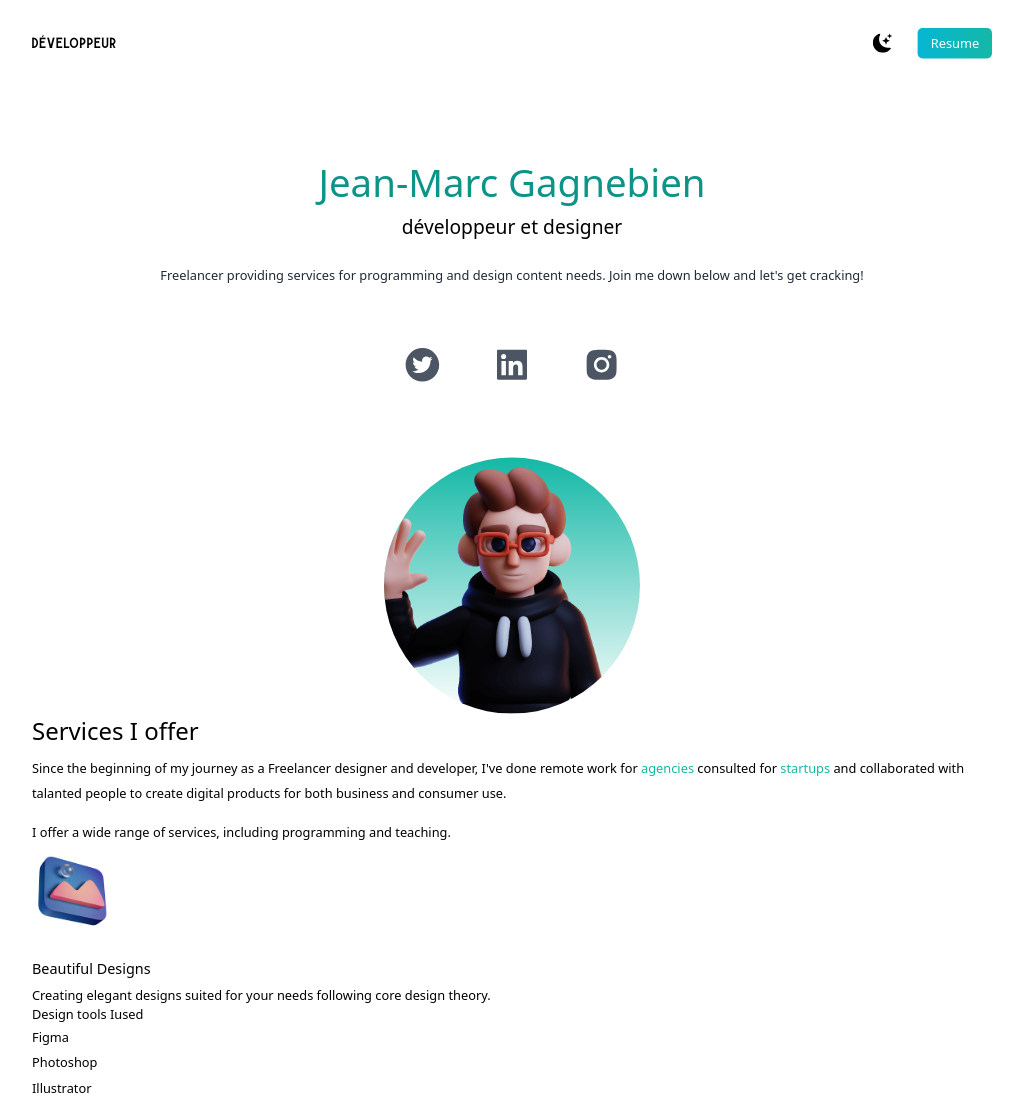
Repository: Jean-MarcG/portfoli_next
Page: /
The author's editor kept a copy of each file at every save. The page is drawn from the files as they stood at one save, then again after the next save.
The browser window is 1280 px wide. The pictures show the whole page, at 80% of full size.
The project was rebuilt for these pictures with package versions that can differ from the ones it lists, and the page was loaded fresh each time. The framework's server and built-in components were replaced by stand-ins that run in the browser. Also part of the build but not shown: next.config.js.

Above is the page before, as saved 2023-04-03 11:05:29.

After the next save:
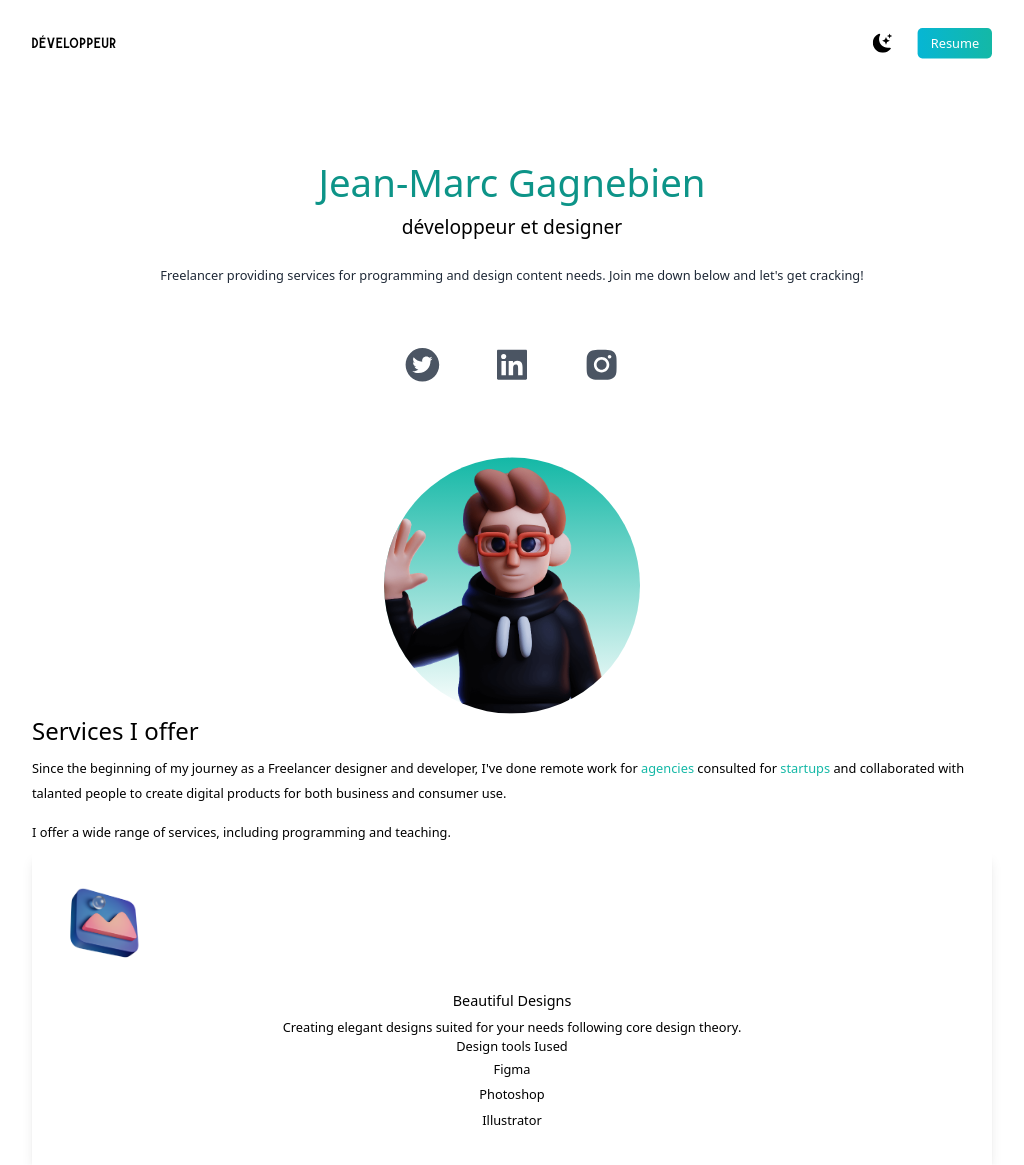
Saved 39 s later.
--- a/pages/index.js
+++ b/pages/index.js
@@ -58,7 +58,7 @@
             </p>
           </div>
           <div>
-            <div>
+            <div className='text-center shadow-lg p-10'>
               <Image src={design} alt='image design' width={100} height={100} />
               <h3 className='text-lg font-medium pt-8 pb-2'>Beautiful Designs</h3>
               <p>
